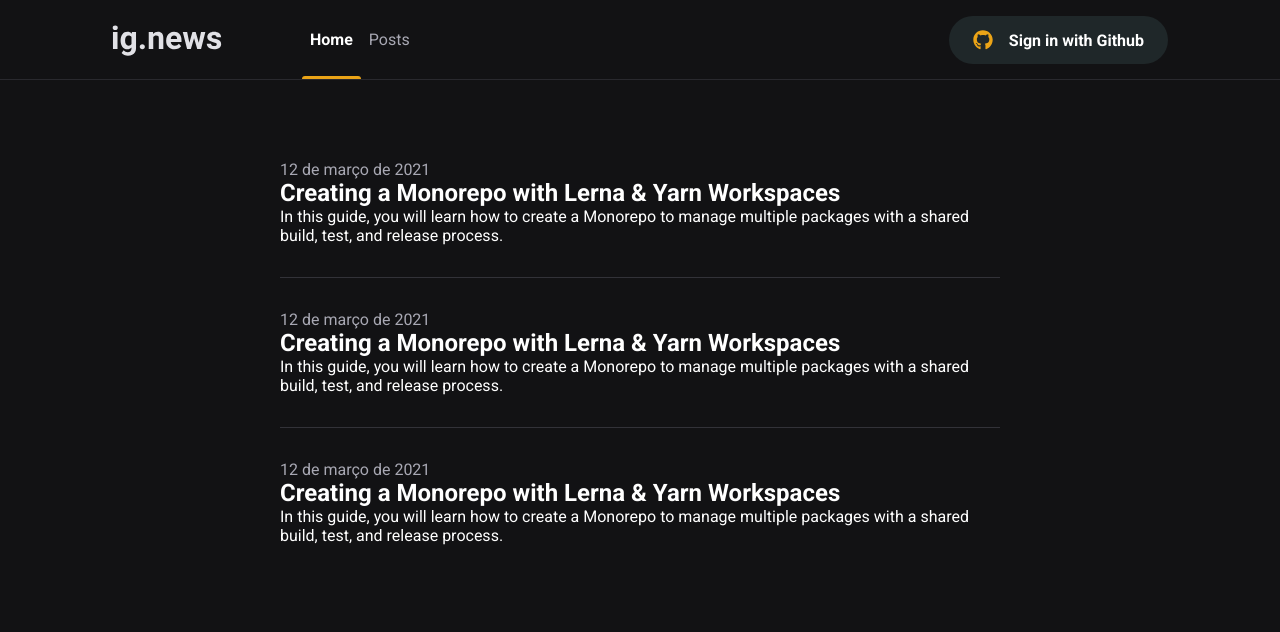
Repository: savinnsk/ignews
Page: /posts
An editor plug-in stored every save of this project. The page is shown before and after a run of saves, followed by the edit.
The browser window is 1280 px wide. The pictures show the whole page.
The page's requests for data from a server got no answer. The project was rebuilt for these pictures with package versions that can differ from the ones it lists, and the page was loaded fresh each time. The framework's server and built-in components were replaced by stand-ins that run in the browser. No one was signed in, and anything a server would have sent is missing.

Above is the page before, as saved 2021-06-24 21:30:23.

After the next 2 saves:
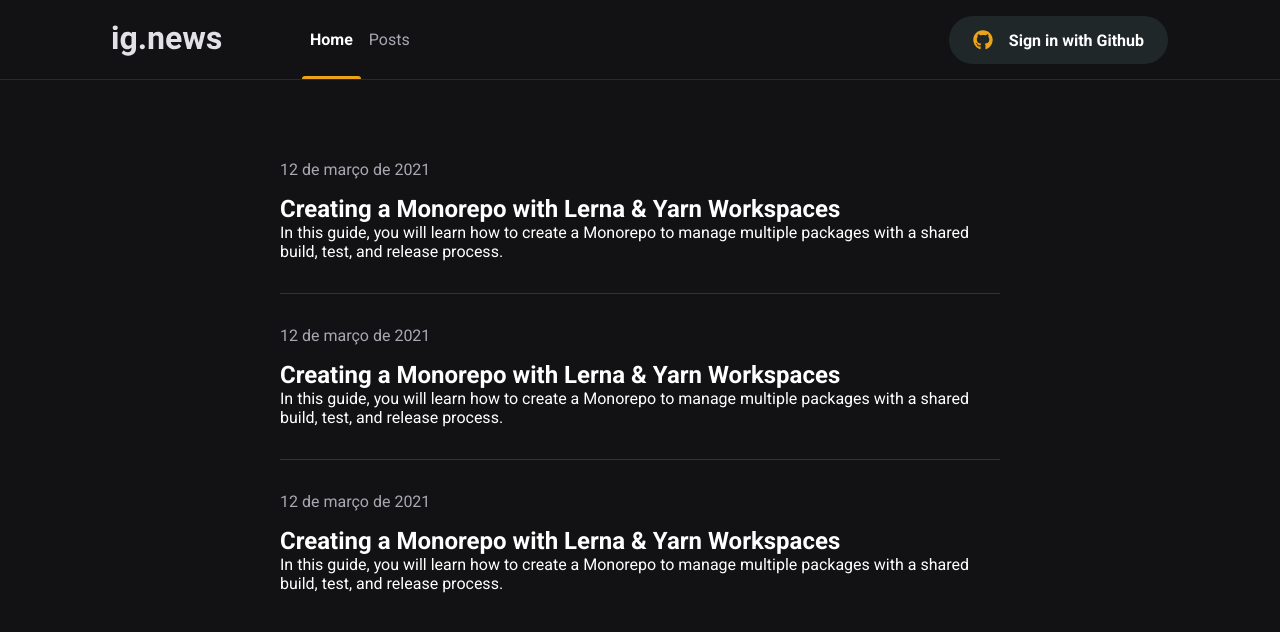
The 2 saves are shown as one change because they came seconds apart.
The last was saved 13 s later.
--- a/src/pages/posts/styles.module.scss
+++ b/src/pages/posts/styles.module.scss
@@ -27,6 +27,7 @@
         strong {
             display: block;
             font-size: 1.5rem;
+            margin-top : 1rem;
         }
     }
 }
